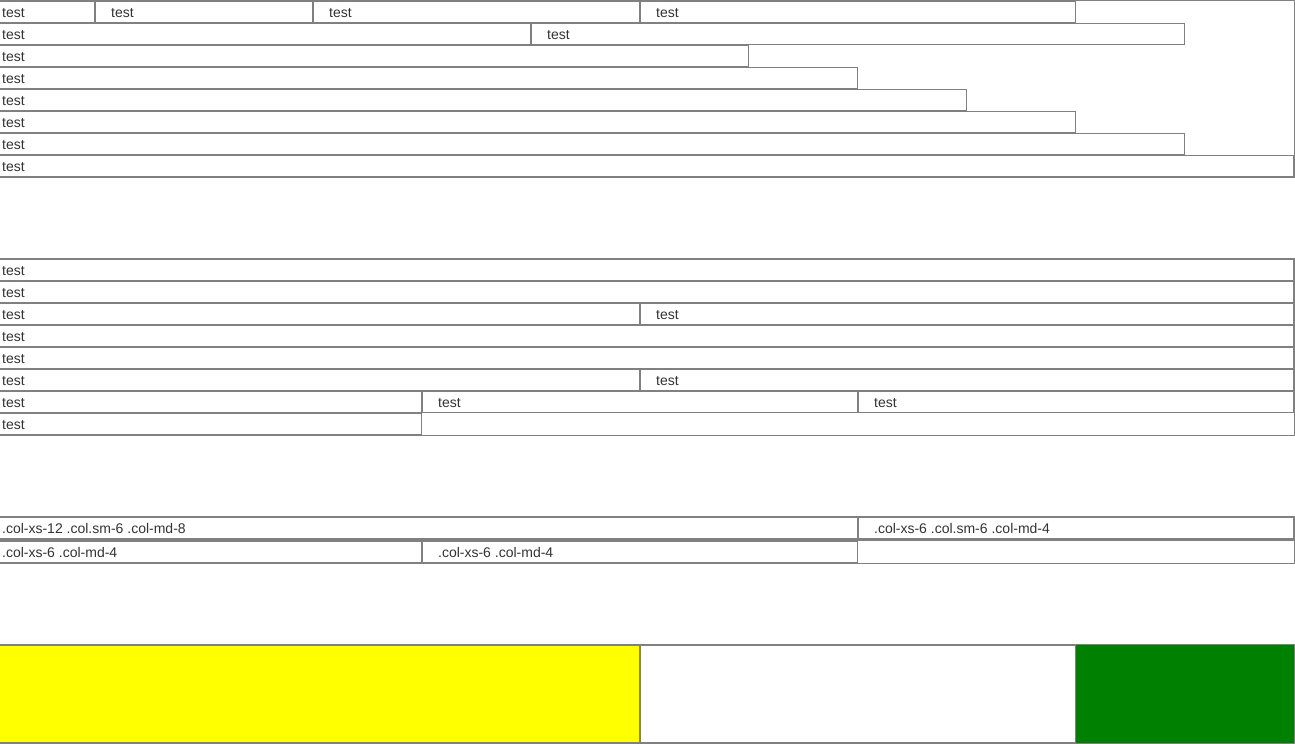
Repository: Umkimisstrong/UM_Webbb
Page: BootstrapApp/WebContent/BootEx07.html
An editor plug-in stored every save of this project. The page is shown before and after the next save, followed by the edit.
The browser window is 1280 px wide. The page is 1295 px wide, so the pictures cover 1295 px, including what lies to the right of the window. The pictures show the whole page.

Above is the page before, as saved 2022-05-16 05:11:52.

### BootstrapApp/WebContent/BootEx07.html
<!DOCTYPE html>
<html>
<head>
<meta charset="UTF-8">
<title>BootEx07.html</title>
<style type="text/css">
	div
	{
		border: 1px solid gray;
	}
</style>
<link rel="stylesheet" type="text/css" href="css/bootstrap.css">
<script type="text/javascript" src="http://code.jquery.com/jquery.min.js"></script>
<script type="text/javascript" src="js/bootstrap.min.js"></script>

</head>
<body>

<!--
	※ 그리드시스템 → 영역 분할 ▶ 기본 12 분할

	   사용할 클래스 『.col-xs』    『.col-sm』 『.col-md』 『.col-lg』

	   브라우저 크기   아주작은기기   작은기기   중간기기   큰기기

 -->

<div class="row">
	<div class="col-xs-1">test</div>	<!-- 1 / 12 차지 -->
	<div class="col-xs-2">test</div>	<!-- 2 / 12 차지 -->
	<div class="col-xs-3">test</div>	<!-- 3 / 12 차지 -->
	<div class="col-xs-4">test</div>	<!-- 4 / 12 차지 -->
	<div class="col-xs-5">test</div>	<!-- 5 / 12 차지 -->
	<div class="col-xs-6">test</div>	<!-- 6 / 12 차지 -->
	<div class="col-xs-7">test</div>	<!-- 7 / 12 차지 -->
	<div class="col-xs-8">test</div>	<!-- 8 / 12 차지 -->
	<div class="col-xs-9">test</div>	<!-- 9 / 12 차지 -->
	<div class="col-xs-10">test</div>	<!-- 10 / 12 차지 -->
	<div class="col-xs-11">test</div>	<!-- 11 / 12 차지 -->
	<div class="col-xs-12">test</div>	<!-- 12 / 12 차지 -->

</div>
<br />
<br />
<br />
<br />

<div class="row">
	<div class="col-xs-12">test</div>
	<div class="col-xs-12">test</div>
	<div class="col-xs-6">test</div>
	<div class="col-xs-6">test</div>
	<div class="col-xs-12">test</div>
	<div class="col-xs-12">test</div>
	<div class="col-xs-6">test</div>
	<div class="col-xs-6">test</div>
	<div class="col-xs-4">test</div>
	<div class="col-xs-4">test</div>
	<div class="col-xs-4">test</div>
	<div class="col-xs-4">test</div>

</div>
<br />
<br />
<br />
<br />
<div class="row">
	<div class="col-xs-12 col-sm-6 col-md-8">.col-xs-12 .col.sm-6 .col-md-8</div>
	<div class="col-xs-6 col-sm-6 col-md-4">.col-xs-6 .col.sm-6 .col-md-4</div>
</div>

<div class="row">
	<div class="col-xs-6 col-md-4">.col-xs-6 .col-md-4</div>
	<div class="col-xs-6 col-md-4">.col-xs-6 .col-md-4</div>
</div>

<br />
<br />
<br />
<br />


<div class="row" style="height: 100px; background-color: green;">
	<div class="col-xs-4 col-sm-12 col-md-6"
	     style="height: 98px; background-color: yellow"></div>

	<div class="col-xs-4 col-sm-12 col-md-4"
	     style="height: 98px; background-color: white"></div>

</div>








</body>
</html>

Loaded but not shown: BootstrapApp/WebContent/css/bootstrap.css (library); BootstrapApp/WebContent/js/bootstrap.min.js (library)

After the next save:
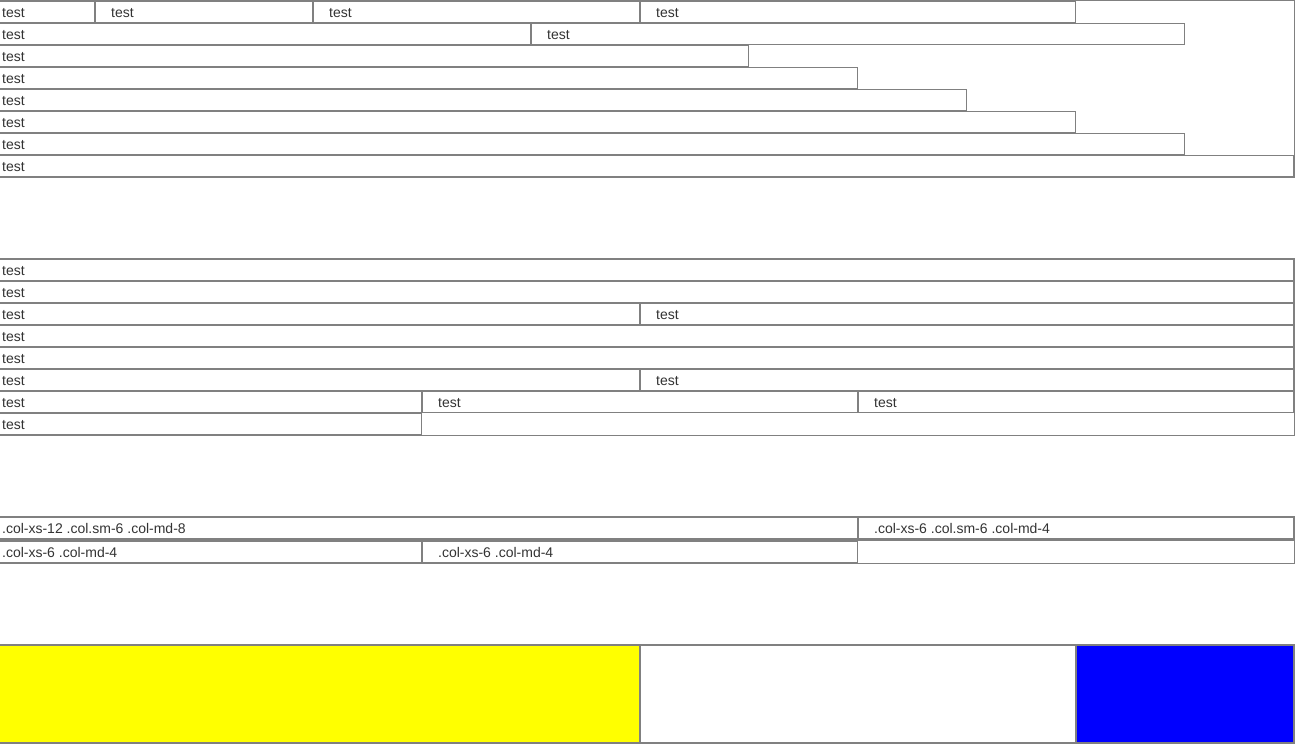
Saved 13 s later.
--- a/BootstrapApp/WebContent/BootEx07.html
+++ b/BootstrapApp/WebContent/BootEx07.html
@@ -87,6 +87,9 @@
 	<div class="col-xs-4 col-sm-12 col-md-4"
 	     style="height: 98px; background-color: white"></div>
 
+	<div class="col-xs-4 col-sm-12 col-md-2"
+	     style="height: 98px; background-color: blue"></div>
+
 </div>
 
 
